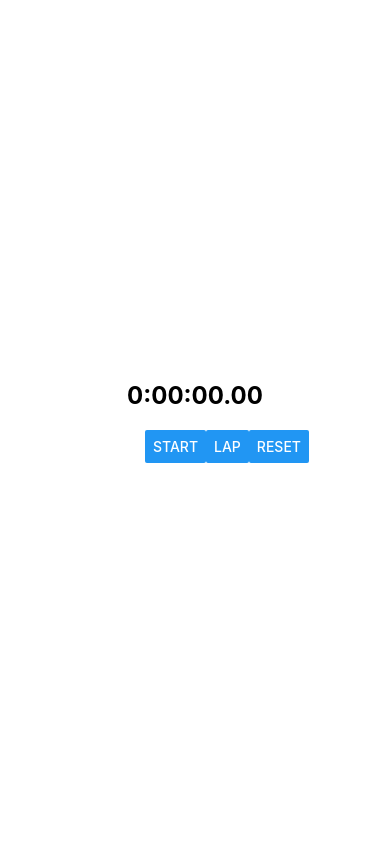
Repository: Shopify/eng-intern-assessment-react-native
Screen: /
The author's editor kept a copy of each file at every save. The screen is drawn from the files as they stood at one save, then again after the next save.
The app was drawn by React Native's web renderer in a window 390 px wide. The project was rebuilt for these pictures with package versions that can differ from the ones it lists, and the page was loaded fresh each time.

Above is the screen before, as saved 2024-01-13 12:10:34.

### App.tsx
import { StatusBar } from 'expo-status-bar';
import { StyleSheet, Text, View } from 'react-native';
import StopWatch from './src/StopWatch';

export default function App() {
  return (
    <View style={styles.container}>
      <StopWatch></StopWatch>
      <StatusBar style="auto" />
    </View>
  );
}

const styles = StyleSheet.create({
  container: {
    flex: 1,
    backgroundColor: '#fff',
    alignItems: 'center',
    justifyContent: 'center',
  },
});

### src/StopWatch.tsx
import React, { useState, useEffect } from 'react';
import { Text, View, StyleSheet } from 'react-native';
import StopWatchButton from './StopWatchButton';

const StopWatch = () => {
  const [isRunning, setIsRunning] = useState(false);
  const [timeElapsed, setTimeElapsed] = useState(0);
  const [laps, setLaps] = useState<number[]>([]);

  useEffect(() => {
    let interval: ReturnType<typeof setInterval>;
    if (isRunning) {
      interval = setInterval(() => {
        setTimeElapsed(prevTime => prevTime + 10); // Increment every 10 milliseconds
      }, 10);
    }
    return () => clearInterval(interval);
  }, [isRunning]);

  const handleStartStop = () => {
    setIsRunning(!isRunning);
  };

  const handleLap = () => {
    setLaps([...laps, timeElapsed]);
  };

  const handleReset = () => {
    setIsRunning(false);
    setTimeElapsed(0);
    setLaps([]);
  };

  const formatTime = (milliseconds: number) => {
    const hours = Math.floor(milliseconds / 3600000); // 1 Hour = 3600000 Milliseconds
    const minutes = Math.floor((milliseconds % 3600000) / 60000); // 1 Minute = 60000 Milliseconds
    const seconds = Math.floor((milliseconds % 60000) / 1000); // 1 Second = 1000 Milliseconds
    const millis = Math.floor((milliseconds % 1000) / 10); // Display only two digits for milliseconds

    return `${hours}:${minutes.toString().padStart(2, '0')}:${seconds.toString().padStart(2, '0')}.${millis.toString().padStart(2, '0')}`;
  };


  return (
    <View style={styles.container}>
      <View style={styles.timerContainer}>
        <Text style={styles.timerText}>{formatTime(timeElapsed)}</Text>
      </View>
      {laps.map((lap, index) => (
        <Text key={index} style={styles.lapText}>{`Lap ${index + 1}: ${formatTime(lap)}`}</Text>
      ))}
      <View style={styles.buttonContainer}>
        <StopWatchButton title={isRunning ? "Stop" : "Start"} onPress={handleStartStop} />
        <StopWatchButton title="Lap" onPress={handleLap} />
        <StopWatchButton title="Reset" onPress={handleReset} />
      </View>
    </View>
  );
};

const styles = StyleSheet.create({
  container: {
    flex: 1,
    alignItems: 'center',
    justifyContent: 'center',
  },
  timerContainer: {
    minWidth: 200, // Adjust this width as needed
    alignItems: 'center',
    justifyContent: 'center',
  },
  timerText: {
    fontSize: 24,
    fontWeight: 'bold',
    // fontFamily: 'monospace', // Ensures equal spacing between characters
  },
  lapText: {
    fontSize: 16,
  },
  buttonContainer: {
    flexDirection: 'row', // This will arrange buttons side by side
    justifyContent: 'space-around',
    width: '50%', // Adjust as needed
    marginTop: 20,
  },
});

export default StopWatch;

### src/StopWatchButton.tsx
import React from 'react';
import { Button, View } from 'react-native';

type Props = {
  title: string;
  onPress: () => void;
};

const StopWatchButton: React.FC<Props> = ({ title, onPress }) => {
  return (
    <View>
      <Button title={title} onPress={onPress} />
    </View>
  );
};

export default StopWatchButton;

After the next save:
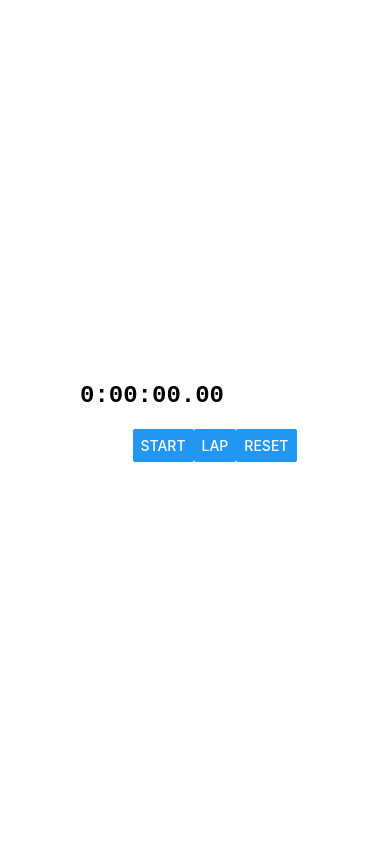
Saved 103 s later.
--- a/src/StopWatch.tsx
+++ b/src/StopWatch.tsx
@@ -65,14 +65,16 @@ const styles = StyleSheet.create({
     justifyContent: 'center',
   },
   timerContainer: {
-    minWidth: 200, // Adjust this width as needed
-    alignItems: 'center',
+    minWidth: 250, // Adjust this width based on the expected longest time string
+    alignItems: 'flex-start', // Align items to the start (left)
     justifyContent: 'center',
+    paddingHorizontal: 10, // Add some padding for aesthetics
   },
   timerText: {
     fontSize: 24,
     fontWeight: 'bold',
-    // fontFamily: 'monospace', // Ensures equal spacing between characters
+    fontFamily: 'monospace', // Monospace font for equal character width
+    textAlign: 'left', // Align text to the left
   },
   lapText: {
     fontSize: 16,
